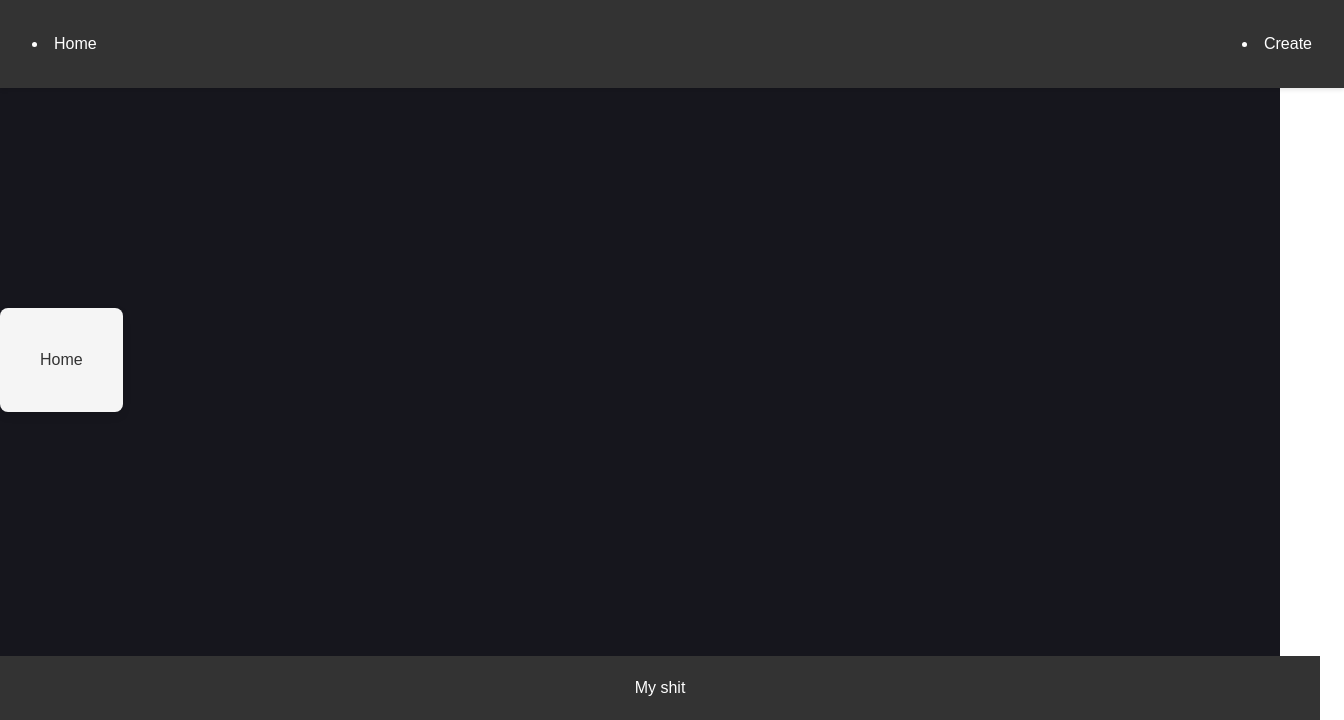
Repository: CarlosFranchN/myReact-supabase
Page: /
The author's editor kept a copy of each file at every save. The page is drawn from the files as they stood at one save, then again after the next save.
The browser window is 1280 px wide. The page is 1344 px wide, then 1280 px, so the pictures cover 1344 px, including what lies to the right of the window. The pictures show the whole page.
The project was rebuilt for these pictures with package versions that can differ from the ones it lists, and the page was loaded fresh each time. Also part of the build but not shown: vite.config.js, src/pages/Create/index.jsx.

Above is the page before, as saved 2024-11-14 13:44:39.

### src/App.jsx

import { BrowserRouter, Route, Routes } from 'react-router-dom'
import './App.css'
import { Home } from './pages/Home/Home'
import { Layout } from './components/Layout'
import { Create } from './pages/Create'

function App() {


  return (
    <>
      <BrowserRouter>
        <Routes>
          <Route path='/' element={<Layout/>} >
            <Route index element={<Home/>} />
            <Route path='/create' element={<Create/>} />

          </Route>
        </Routes>
      </BrowserRouter>
    </>
  )
}

export default App

### src/App.css
body {
  background-color: #16161d;
  color: white;
}
section {
  display: grid;
  grid-template-columns: repeat(3, 1fr);
  gap: 10px;
}
section div {
  background-color: #17176b;
  padding: 20px;
  border-radius: 15px;
  margin: 15px;
  color: rgb(255, 255, 255);
}
a {
  text-decoration: none;
  color: rgb(255, 255, 255);
}

### src/pages/Home/Home.jsx
import React from 'react'
import supabase from '../../config/supaBaseClient'


export const Home = () => {
    console.log(supabase)
    return (
    <div>Home</div>
  )
}

### src/components/Layout/index.jsx
import React from 'react'
import { LayoutCabecalho, LayoutFooter, LayoutFooterP, LayoutMain } from './style'
import {Link, Outlet } from 'react-router-dom'
import styled from 'styled-components'

export const Layout = () => {
  return (
    <>
        <nav>
            <LayoutCabecalho>
            <li>
                <Link to={"/"}>Home</Link>
                </li>
                <li>
                <Link to={"/create"}>Create</Link>
                </li>


            </LayoutCabecalho>
        </nav>
        <LayoutMain>
            <Outlet/>
        </LayoutMain>
        <LayoutFooter>
            <LayoutFooterP>My shit</LayoutFooterP>
        </LayoutFooter>
    </>
  )
}

### src/config/supaBaseClient.jsx

import { createClient } from '@supabase/supabase-js'

const supabaseUrl = 'https://ytabyfdnpzqccxsfantj.supabase.co'
const supabaseKey = 'eyJhbGciOiJIUzI1NiIsInR5cCI6IkpXVCJ9.eyJpc3MiOiJzdXBhYmFzZSIsInJlZiI6Inl0YWJ5ZmRucHpxY2N4c2ZhbnRqIiwicm9sZSI6ImFub24iLCJpYXQiOjE3MzE0NjY3MzQsImV4cCI6MjA0NzA0MjczNH0.feVRQBaTaEatsVG9XK4t162-65IogKVRz1hbNMabCec'
const supabase = createClient(supabaseUrl, supabaseKey)

export default supabase

### src/components/Layout/style.jsx
import styled from "styled-components";

export const LayoutCabecalho = styled.header`
  display: flex;
  justify-content: space-between;
  align-items: center;
  width: 100vw;
  background-color: #333;
  color: #fff;
  padding: 2rem;
  text-align: center;
  font-family: Arial, sans-serif;
  box-shadow: 0 2px 4px rgba(0, 0, 0, 0.1);
  position: absolute;
  top: 0;

`;

export const LayoutFooter = styled.footer`
     background-color: #333; /* Cor de fundo */
    color: #fff; /* Cor do texto */
    text-align: center; /* Centraliza o texto */
    padding: 20px; /* Espaçamento interno */
    position: fixed; /* Fixa o footer na parte inferior da tela */
    width: 100%; /* Ocupa 100% da largura */
    bottom: 0; /* Fica grudado no final da página */
    font-size: 16px; /* Tamanho da fonte */
    font-family: Arial, sans-serif; /* Fonte */
`
export const LayoutFooterP = styled.p`
     margin: 0;

`

export const LayoutMain = styled.main`
     background-color: #f5f5f5; /* Cor de fundo */
  padding: 40px; /* Espaçamento interno */
  margin: 20px auto; /* Espaçamento externo */
  max-width: 1200px; /* Largura máxima da área de conteúdo */
  border-radius: 8px; /* Bordas arredondadas */
  box-shadow: 0 4px 8px rgba(0, 0, 0, 0.1); /* Sombra leve ao redor */
  font-family: Arial, sans-serif; /* Fonte */
  color: #333; /* Cor do texto */
`

Loaded but not shown: index.html (common file); src/main.jsx (common file); src/index.css (common file)

After the next save:
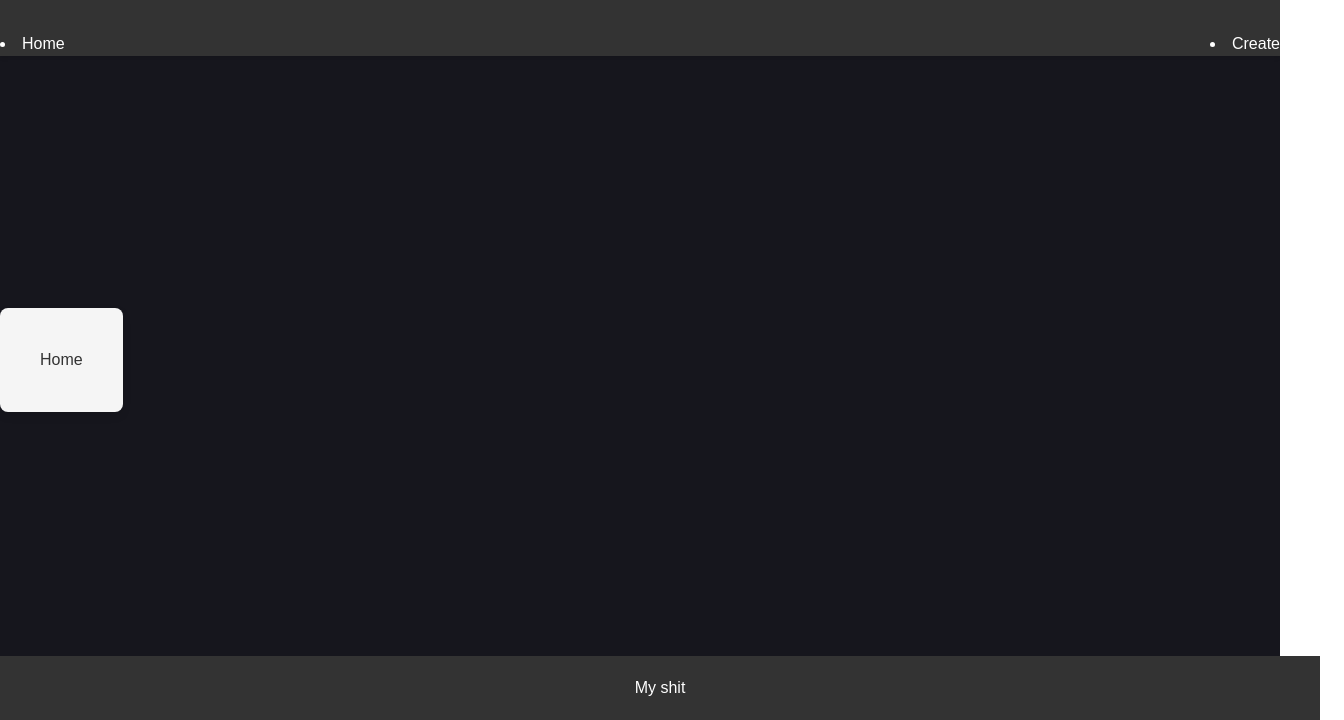
Saved 14 s later.
--- a/src/components/Layout/style.jsx
+++ b/src/components/Layout/style.jsx
@@ -7,7 +7,7 @@ export const LayoutCabecalho = styled.header`
   width: 100vw;
   background-color: #333;
   color: #fff;
-  padding: 2rem;
+  padding-top: 2rem;
   text-align: center;
   font-family: Arial, sans-serif;
   box-shadow: 0 2px 4px rgba(0, 0, 0, 0.1);
